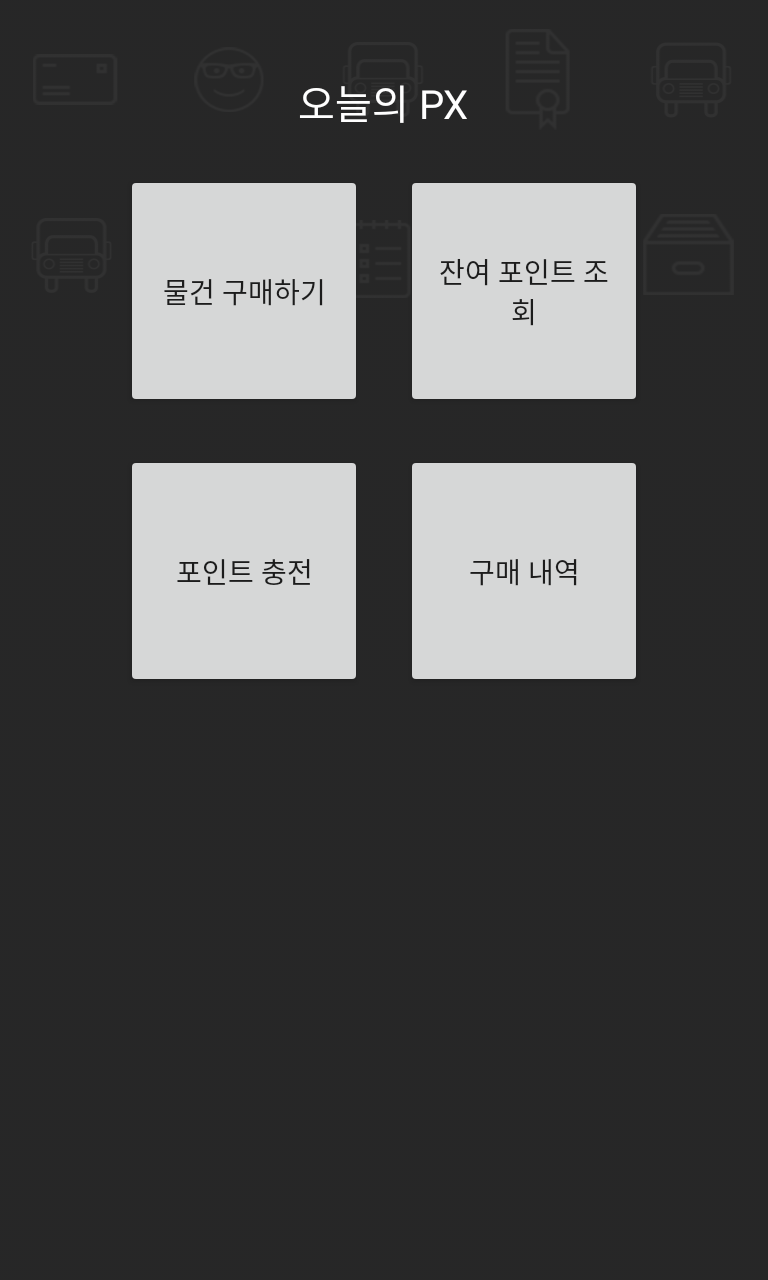
Repository: Jeonilju/rap
Layout: Demo/PxForRAP/res/layout/activity_main.xml
The author's editor kept a copy of each file at every save. The layout is drawn from the files as they stood at one save, then again after the next save.
It is drawn on a 768 x 1280 px phone screen (xhdpi) without system bars, with theme AppTheme; the app's code is not run.

Above is the layout before, as saved 2015-07-22 21:26:10.

### Demo/PxForRAP/res/layout/activity_main.xml
<RelativeLayout xmlns:android="http://schemas.android.com/apk/res/android"
    xmlns:tools="http://schemas.android.com/tools"
    android:layout_width="match_parent"
    android:layout_height="match_parent"
    android:paddingBottom="@dimen/activity_vertical_margin"
    android:paddingLeft="@dimen/activity_horizontal_margin"
    android:paddingRight="@dimen/activity_horizontal_margin"
    android:paddingTop="@dimen/activity_vertical_margin"
    tools:context="com.example.dangzicforrap.MainActivity"
    android:background="@drawable/main_background" >

    <TextView
        android:id="@+id/main_title"
        android:layout_width="wrap_content"
        android:layout_height="wrap_content"
        android:text="오늘의 PX"
        android:textSize="20sp"
        android:textColor="#ffffff"
        android:layout_centerHorizontal="true"
        android:layout_marginTop="20dp"
        android:layout_marginBottom="10dp"/>

    <RelativeLayout
        android:layout_width="wrap_content"
        android:layout_height="wrap_content"
        android:layout_below="@id/main_title"
        android:layout_centerHorizontal="true" >

        <Button
            android:id="@+id/main_btn_buy"
            android:layout_width="120dp"
            android:layout_height="120dp"
            android:layout_margin="10dp"
            android:text="물건 구매하기" />

        <Button
            android:id="@+id/main_btn_point"
            android:layout_width="120dp"
            android:layout_height="120dp"
            android:layout_margin="10dp"
            android:layout_toRightOf="@id/main_btn_buy"
            android:text="잔여 포인트 조회" />

        <Button
            android:id="@+id/main_btn_charge"
            android:layout_width="120dp"
            android:layout_height="120dp"
            android:layout_below="@id/main_btn_buy"
            android:layout_margin="10dp"
            android:text="포인트 충전" />

        <Button
            android:id="@+id/main_btn_buylist"
            android:layout_width="120dp"
            android:layout_height="120dp"
            android:layout_below="@id/main_btn_buy"
            android:layout_margin="10dp"
            android:layout_toRightOf="@id/main_btn_charge"
            android:text="구매 내역" />

    </RelativeLayout>

</RelativeLayout>

Loaded but not shown: Demo/PxForRAP/res/values/styles.xml (common file); Demo/PxForRAP/res/values-v11/styles.xml (common file); Demo/PxForRAP/res/values-v14/styles.xml (common file); Demo/PxForRAP/res/values/dimens.xml (common file); Demo/PxForRAP/res/values-w820dp/dimens.xml (common file)

After the next save:
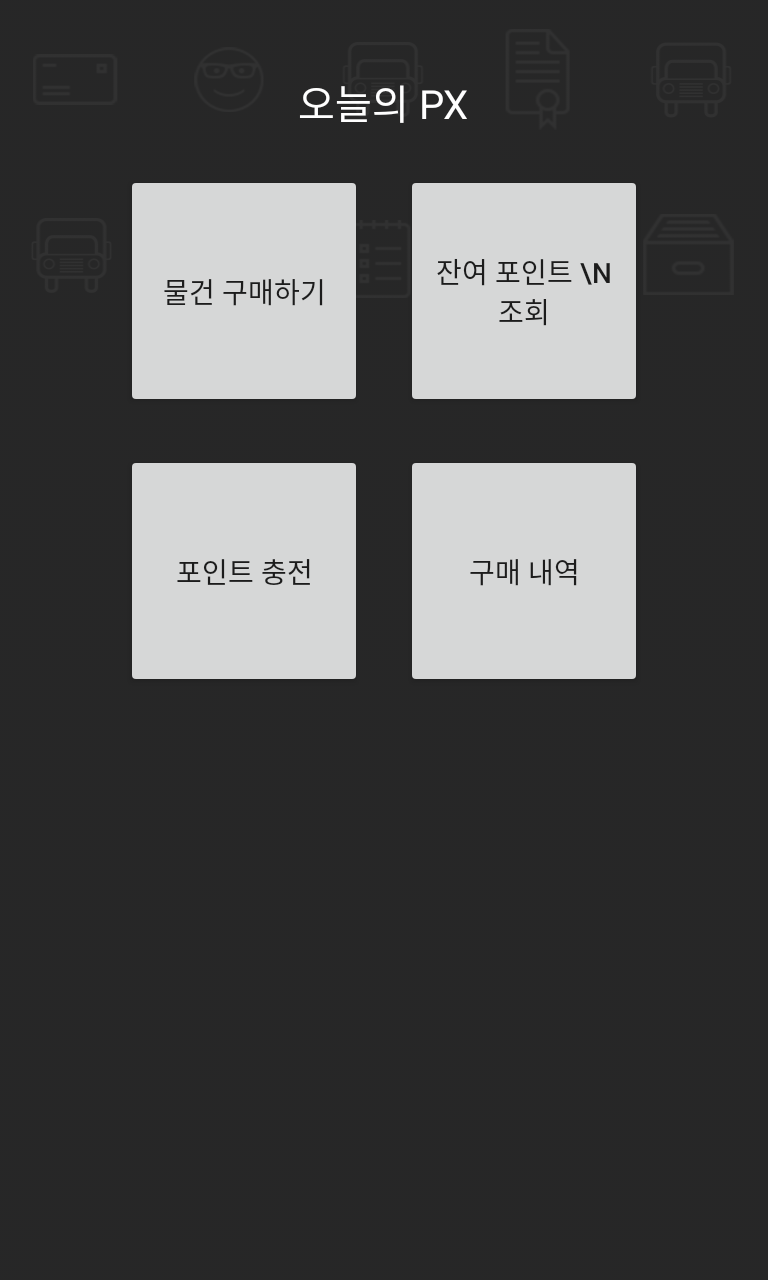
Saved 13 s later.
--- a/Demo/PxForRAP/res/layout/activity_main.xml
+++ b/Demo/PxForRAP/res/layout/activity_main.xml
@@ -39,7 +39,7 @@
             android:layout_height="120dp"
             android:layout_margin="10dp"
             android:layout_toRightOf="@id/main_btn_buy"
-            android:text="잔여 포인트 조회" />
+            android:text="잔여 포인트 \n조회" />
 
         <Button
             android:id="@+id/main_btn_charge"
